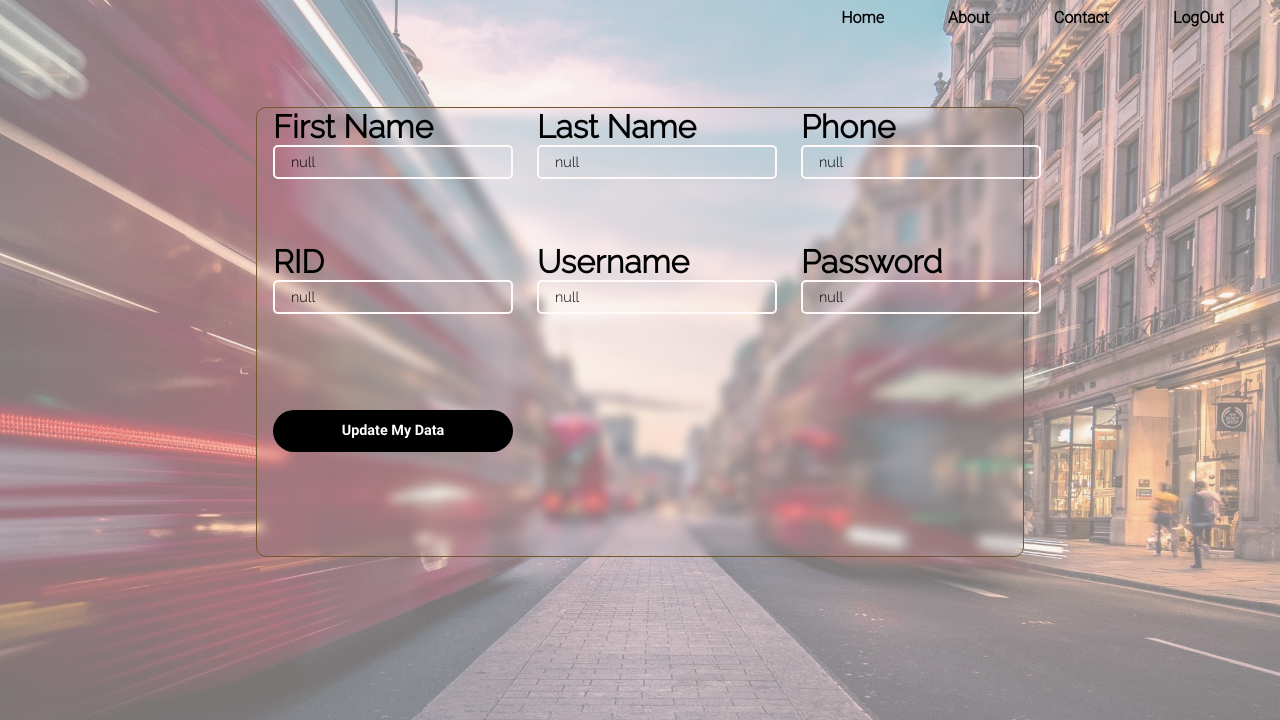
Repository: Savindushehan/RouteMaster-Group-project
Page: http://localhost/RouterMaster/Updateuserdetails.jsp
An editor plug-in stored every save of this project. The page is shown before and after the next save, followed by the edit.
The browser window is 1280 px wide. The pictures show the whole page.
The page is served by Tomcat 10.

Above is the page before, as saved 2023-10-27 05:50:27.

After the next save:
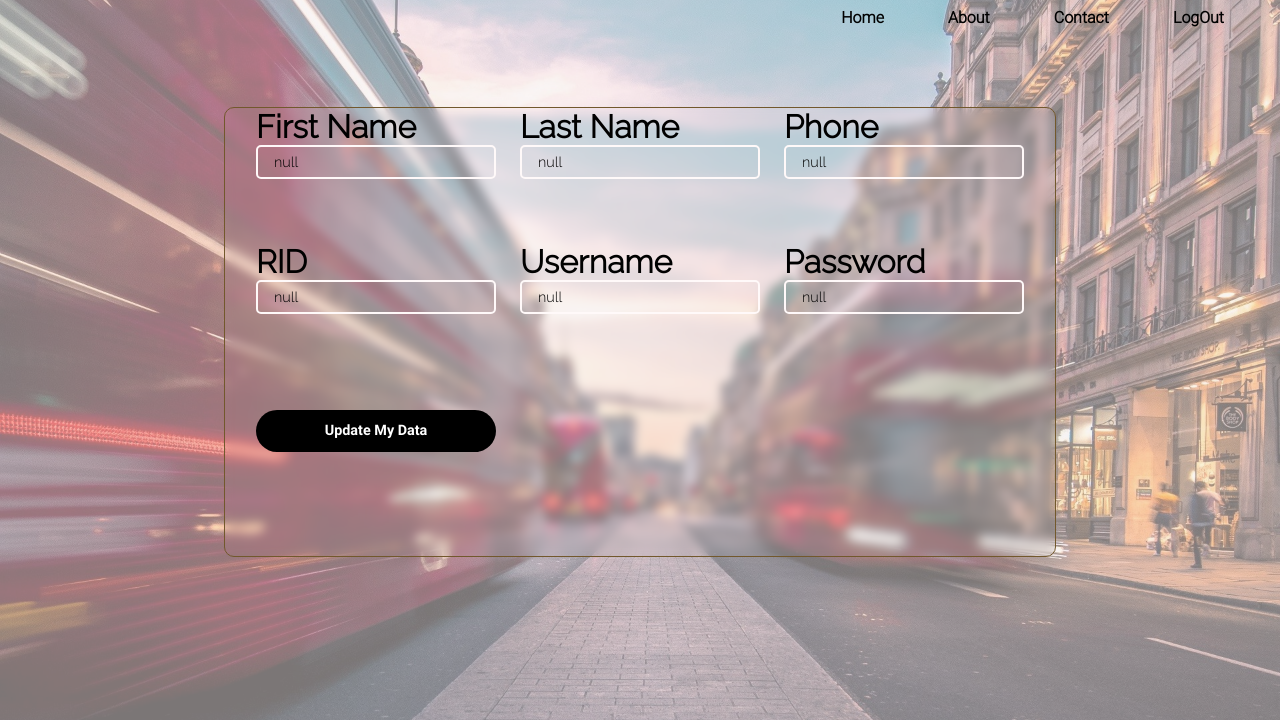
Saved 14 s later.
--- a/RouteMaster/RouterMaster/src/main/webapp/Updateuserdetails.jsp
+++ b/RouteMaster/RouterMaster/src/main/webapp/Updateuserdetails.jsp
@@ -124,7 +124,7 @@
         }
 
          main{
-         width:60%;
+         width:65%;
          height: 450px;
          display: flex;
          flex-direction: column;
